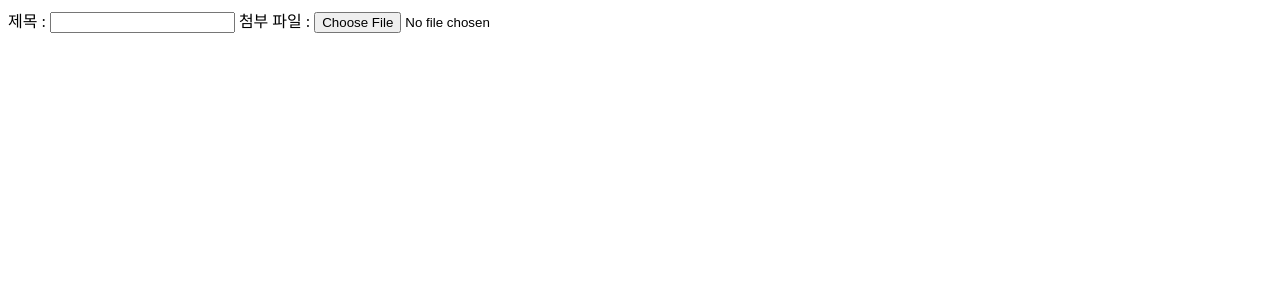
Repository: ALSSPR3/web_jsp
Page: http://localhost/jsp_file_upload/
These files come from the project's save history. The page is drawn as it stood at one moment and after the next save; the edit follows.
The browser window is 1280 px wide. The pictures show the whole page.
The page is served by Tomcat 10.

Above is the page before, as saved 2024-08-01 02:23:57.

After the next save:
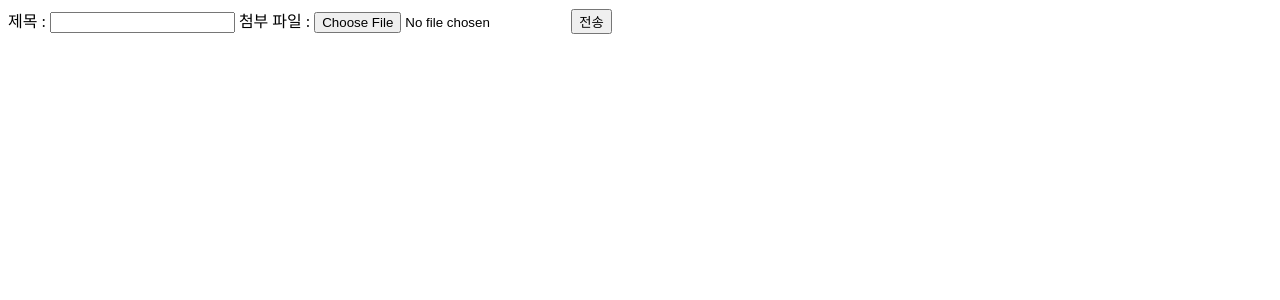
Saved 26 s later.
--- a/jsp_file_upload/src/main/webapp/index.jsp
+++ b/jsp_file_upload/src/main/webapp/index.jsp
@@ -13,6 +13,7 @@
 			<input type="text" name="title" id="title">
 			<label for="mFile">첨부 파일 : </label>
 			<input type="file" name="mFile" id="mFile">
+			<button type="submit">전송</button>
 		</form>
 	</div>
 </body>
